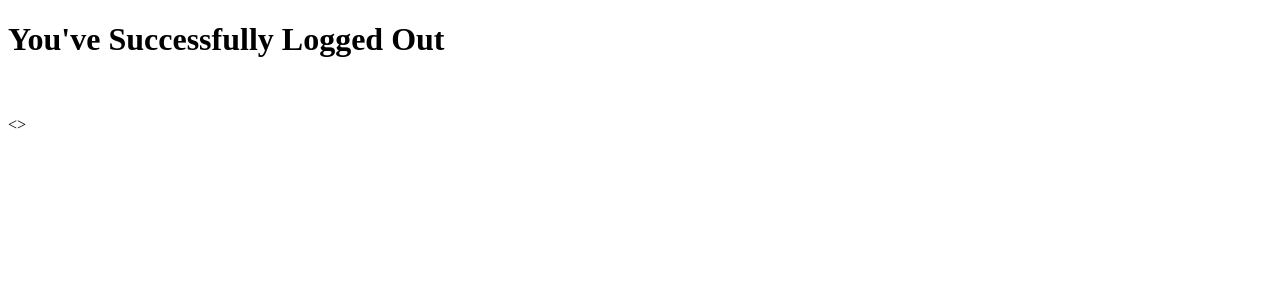
Repository: msibgathulla9980/Servlet
Page: LoginRegistrationApp/WebContent/logout.html
These files come from the project's save history. The page is drawn as it stood at one moment and after the next save; the edit follows.
The browser window is 1280 px wide. The pictures show the whole page.

Above is the page before, as saved 2019-01-23 04:12:35.

After the next save:
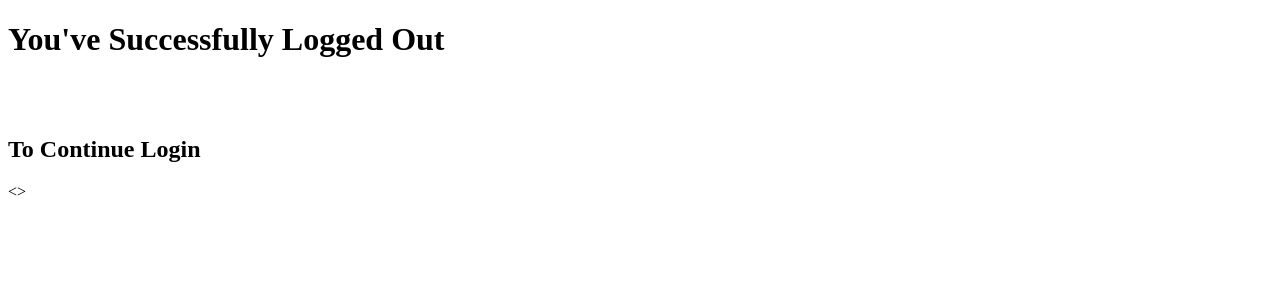
Saved 32 s later.
--- a/LoginRegistrationApp/WebContent/logout.html
+++ b/LoginRegistrationApp/WebContent/logout.html
@@ -6,6 +6,7 @@
 </head>
 <body>
 <h1>You've Successfully Logged Out</h1><br><br>
+<h2>To Continue Login</h2>
 <>
 </body>
 </html>
